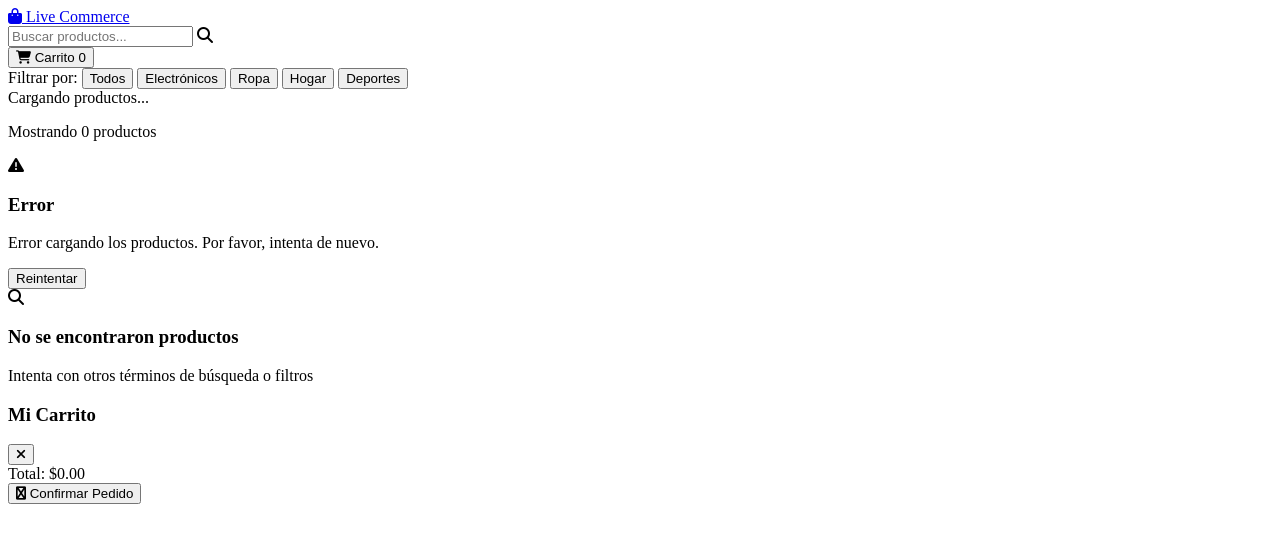
Repository: manucavallera/Jadeshop
Page: frontend/tienda/index.html
These files come from the project's save history. The page is drawn as it stood at one moment and after the next save; the edit follows.
The browser window is 1280 px wide. The pictures show the whole page.
The page's requests for data from a server got no answer. Some web libraries are served in a nearby version.

Above is the page before, as saved 2025-09-16 12:44:25.
Console error: ReferenceError: tailwind is not defined

After the next save:
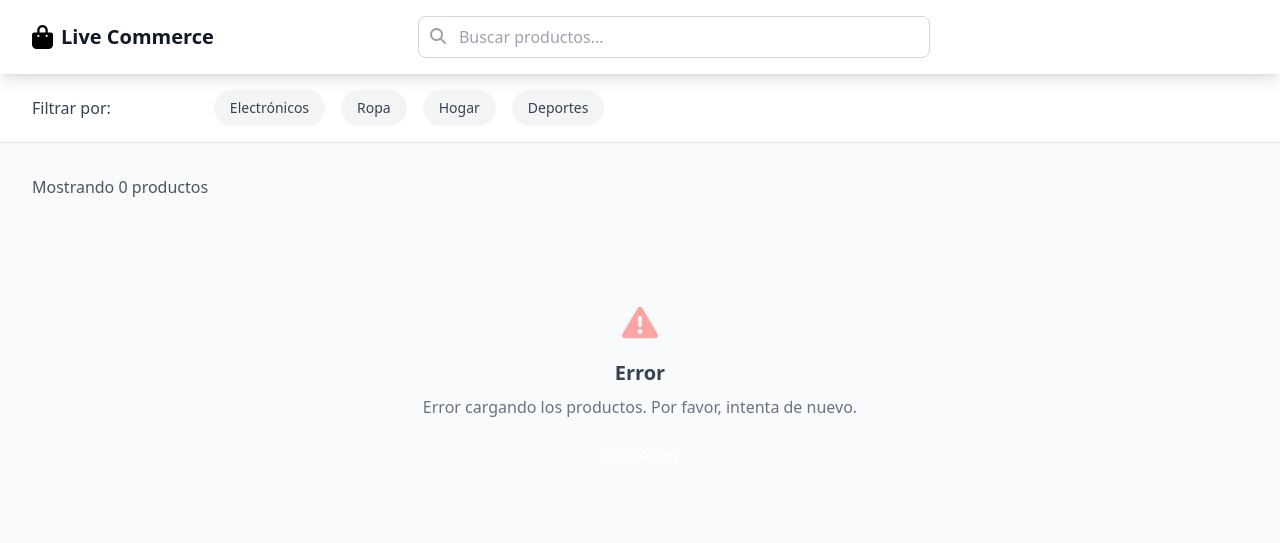
Saved 4 s later.
--- a/frontend/tienda/index.html
+++ b/frontend/tienda/index.html
@@ -19,6 +19,9 @@
         },
       };
     </script>
+
+    <!-- Tailwind CSS -->
+    <script src="https://cdn.tailwindcss.com"></script>
 
     <!-- Font Awesome para iconos -->
     <link
